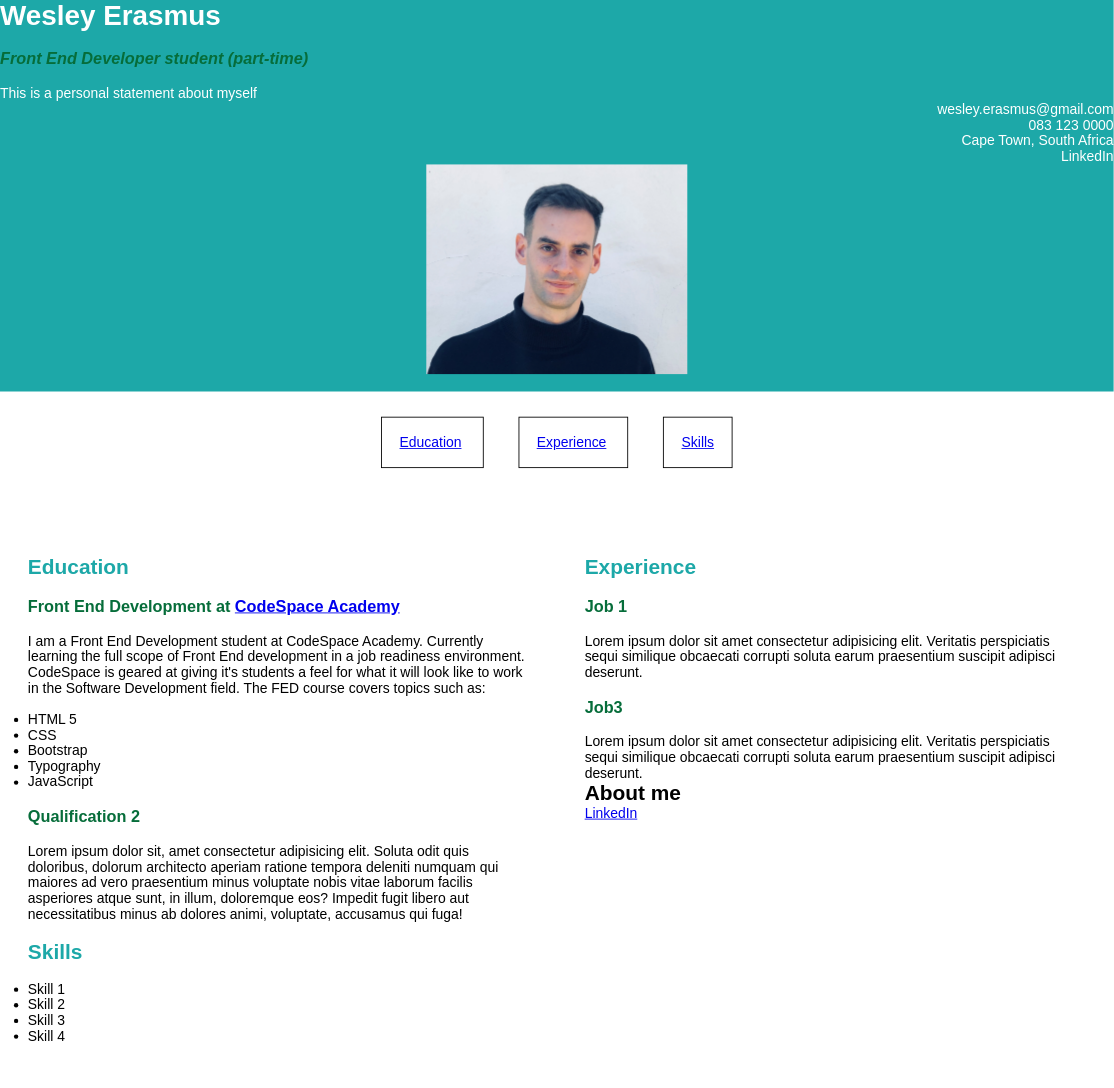
Repository: WesleyErasmus/myDigitalResume
Page: Resume-Projec-3/index.html
These files come from the project's save history. The page is drawn as it stood at one moment and after the next save; the edit follows.
The browser window is 1280 px wide. The pictures show the whole page, at 87% of full size.

Above is the page before, as saved 2022-02-12 13:19:55.

After the next save:
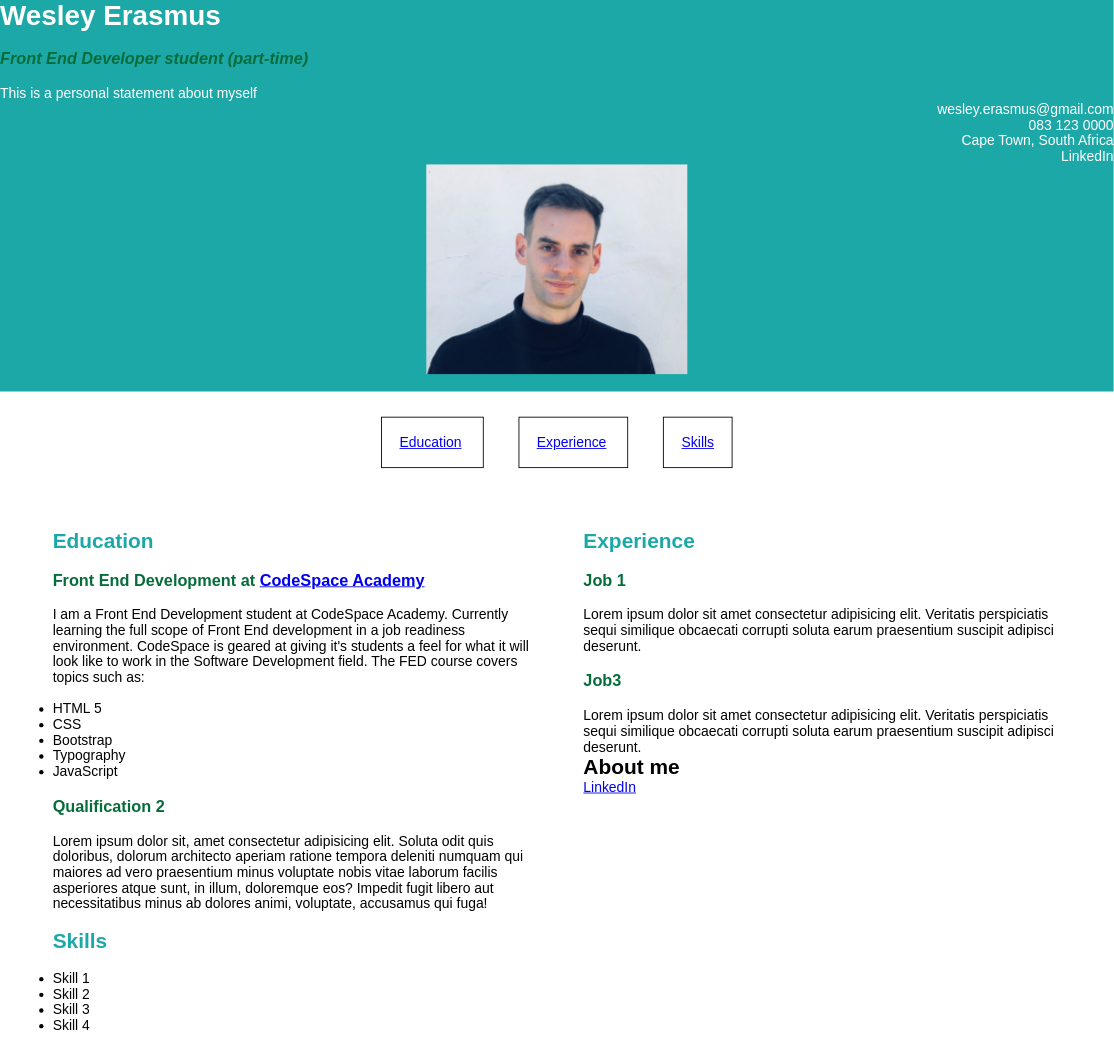
Saved 27 s later.
--- a/Resume-Projec-3/styles.css
+++ b/Resume-Projec-3/styles.css
@@ -37,8 +37,8 @@ img {
 }
 
 main {
-    margin-top: 50px;
-    padding: 30px 0 30px 0;
+    margin: 50px 30px 0 30px;
+
     display: flex;
     flex-direction: row;
 }
